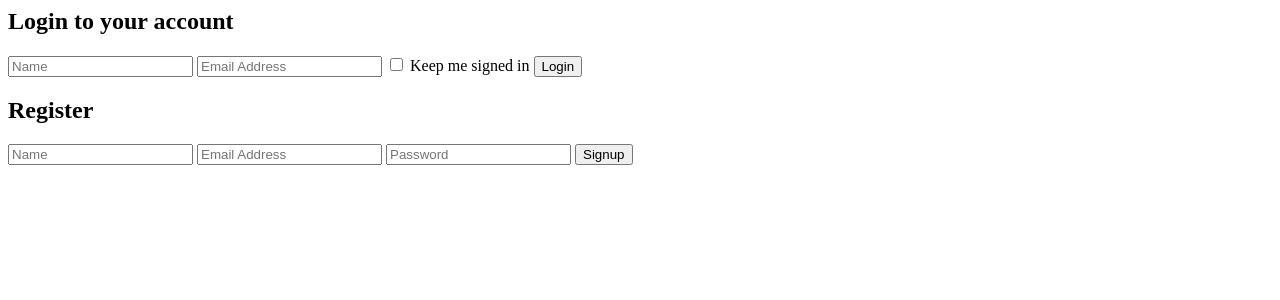
Repository: PaulLabat/RenTech
Page: http://localhost/RenTech/views/login.jsp
These files come from the project's save history. The page is drawn as it stood at one moment and after the next save; the edit follows.
The browser window is 1280 px wide. The pictures show the whole page.
The page is served by Tomcat 9.

Above is the page before, as saved 2014-10-29 09:42:19.

After the next save:
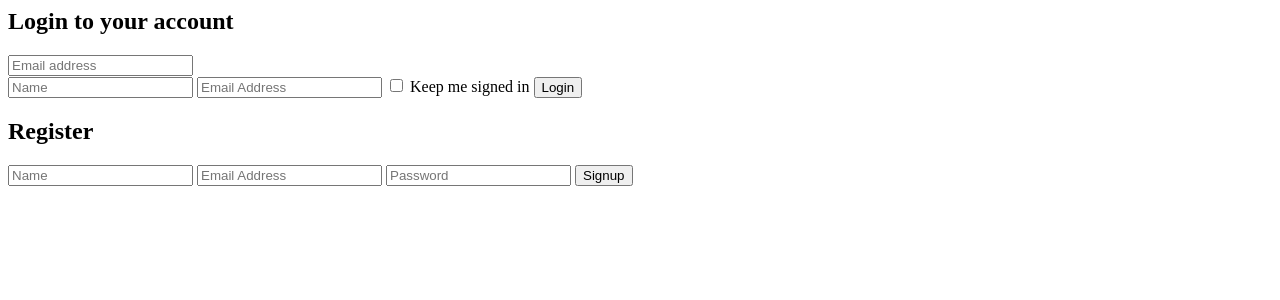
Saved 99 s later.
--- a/RenTech/WebContent/views/login.jsp
+++ b/RenTech/WebContent/views/login.jsp
@@ -5,6 +5,10 @@
 					<div class="login-form"><!--login form-->
 						<h2>Login to your account</h2>
 						<form action="#">
+							<div class="input-group margin-bottom-sm">
+							  <span class="input-group-addon"><i class="fa fa-envelope-o fa-fw"></i></span>
+							  <input class="form-control" type="text" placeholder="Email address">
+							</div>
 							<input type="text" placeholder="Name" />
 							<input type="email" placeholder="Email Address" />
 							<span>
